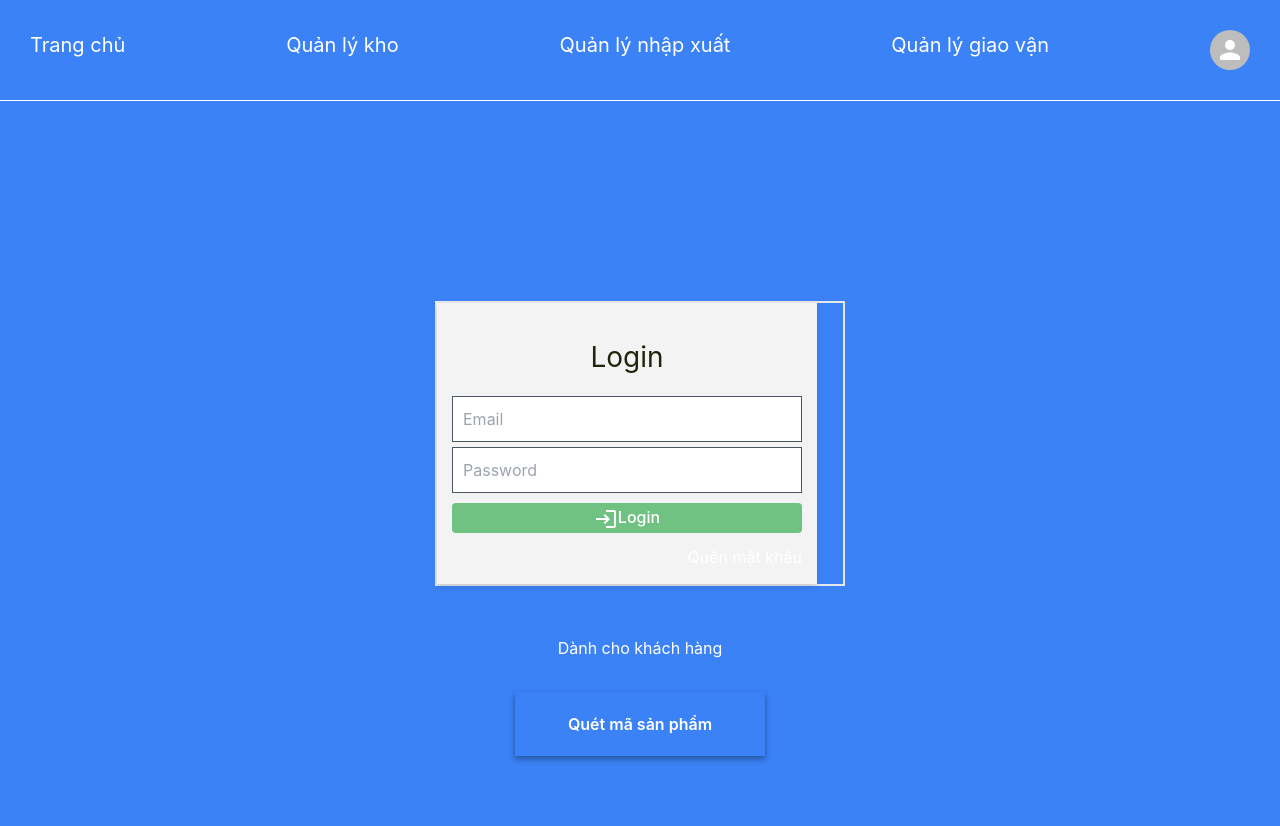
Repository: Kiendz3202/warehouse-management
Page: /login
The author's editor kept a copy of each file at every save. The page is drawn from the files as they stood at one save, then again after the next save.
The browser window is 1280 px wide. The pictures show the whole page.
The project was rebuilt for these pictures with package versions that can differ from the ones it lists, and the page was loaded fresh each time. The framework's server and built-in components were replaced by stand-ins that run in the browser. Also part of the build but not shown: next.config.js.

Above is the page before, as saved 2022-06-21 10:57:58.

After the next save:
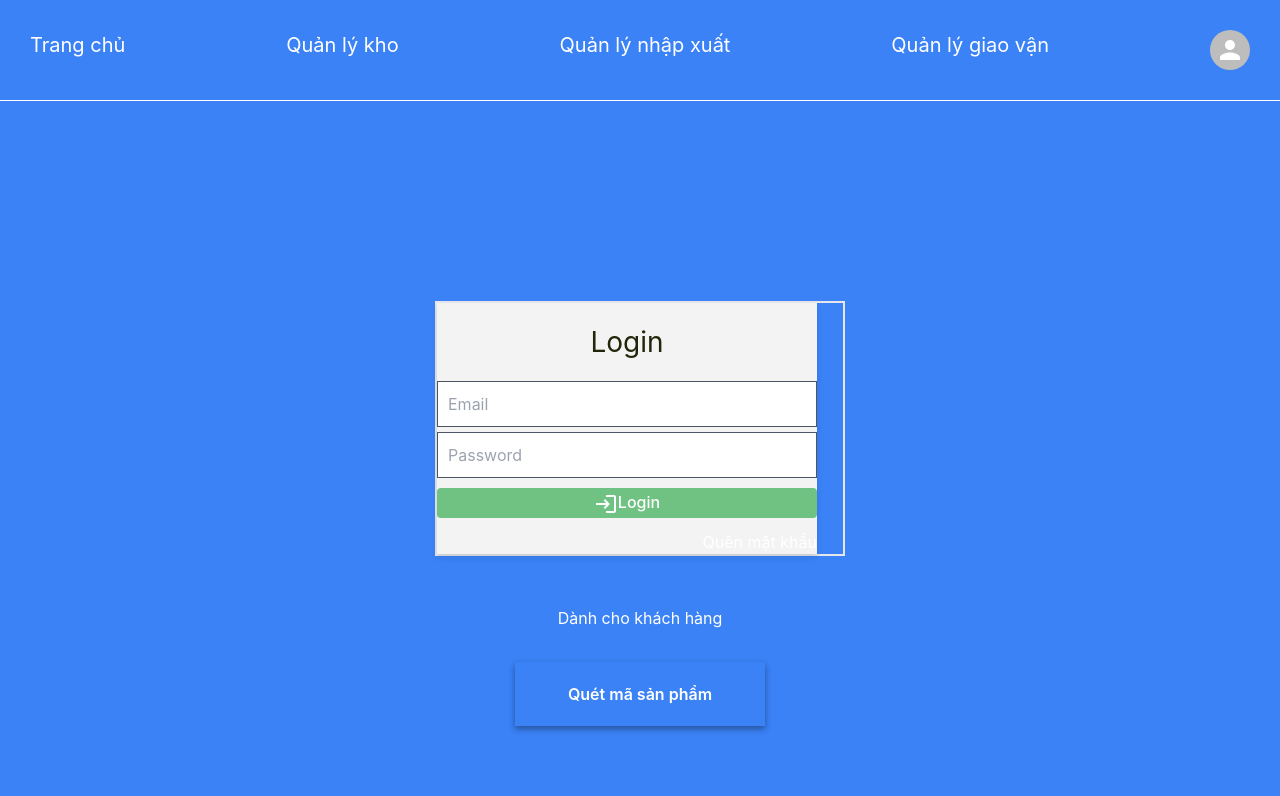
Saved 26 s later.
--- a/components/Auth/Login.js
+++ b/components/Auth/Login.js
@@ -4,7 +4,7 @@
 function Login() {
     return (
         <div className=' max-w-[410px] w-full m-auto border-2 mt-[200px]'>
-            <form className='flex flex-col w-[380px] p-[15px] bg-[#f3f3f3] drop-shadow-md'>
+            <form className='flex flex-col w-[380px]  bg-[#f3f3f3] drop-shadow-md'>
                 <p className=' text-center text-[#212509] text-[28px] my-[18px]'>Login</p>
                 <div className=' justify-center mb-[5px] '>
                     <input type="email" className='w-full p-[10px] border border-gray-600 outline-blue-300' placeholder='Email' />

After the save that followed:
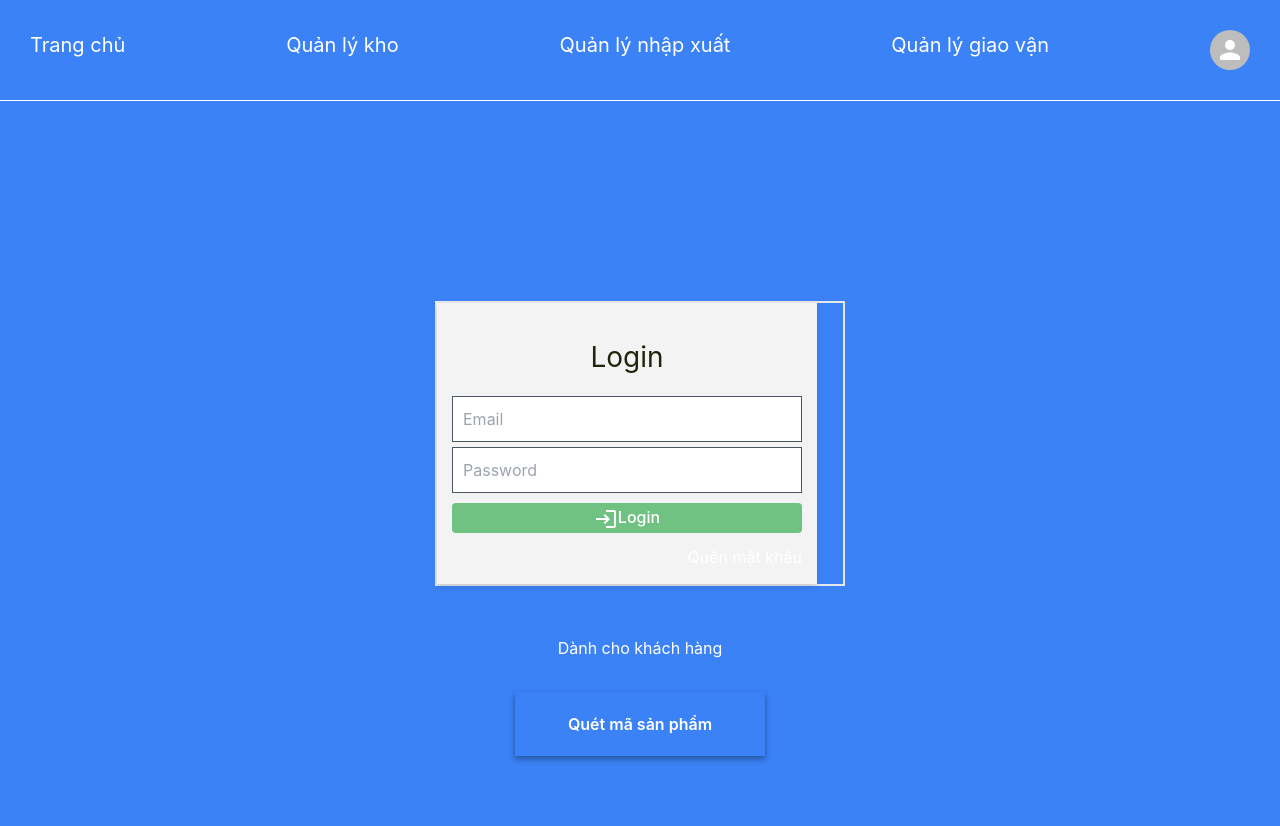
Saved 6 s later.
--- a/components/Auth/Login.js
+++ b/components/Auth/Login.js
@@ -4,7 +4,7 @@
 function Login() {
     return (
         <div className=' max-w-[410px] w-full m-auto border-2 mt-[200px]'>
-            <form className='flex flex-col w-[380px]  bg-[#f3f3f3] drop-shadow-md'>
+            <form className='flex flex-col w-[380px] p-[15px] bg-[#f3f3f3] drop-shadow-md'>
                 <p className=' text-center text-[#212509] text-[28px] my-[18px]'>Login</p>
                 <div className=' justify-center mb-[5px] '>
                     <input type="email" className='w-full p-[10px] border border-gray-600 outline-blue-300' placeholder='Email' />
